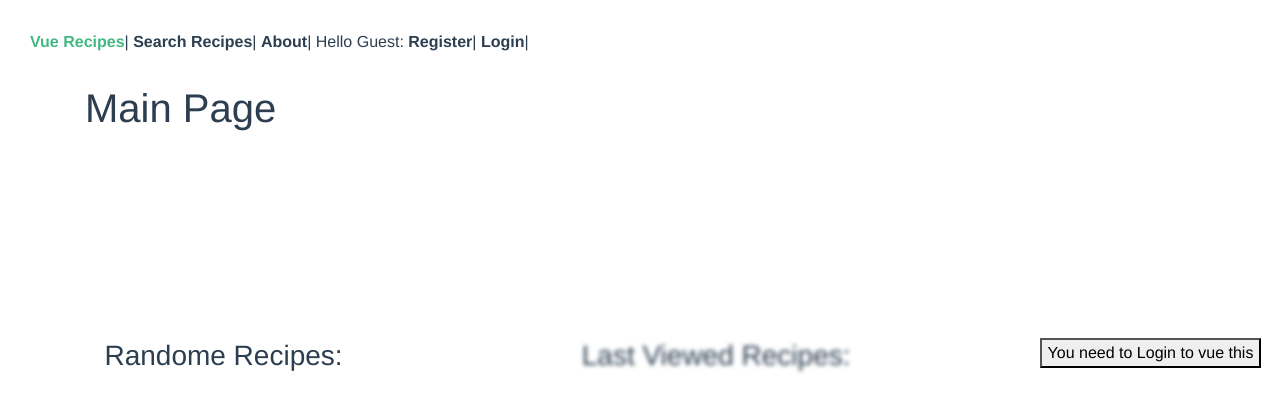
Repository: chenshor/cooking-site
Page: /
The author's editor kept a copy of each file at every save. The page is drawn from the files as they stood at one save, then again after the next save.
The browser window is 1280 px wide. The pictures show the whole page.
The page's requests for data from a server got no answer. The project was rebuilt for these pictures with package versions that can differ from the ones it lists, and the page was loaded fresh each time. No one was signed in, and anything a server would have sent is missing. Also part of the build but not shown: vue.config.js, src/components/RecipePreview.vue, src/pages/NotFoundPage.vue, src/assets/cuisine.js, src/assets/diet.js, src/assets/intolerance.js, src/pages/SearchPage.vue, src/pages/RecipePage.vue and 5 more.

Above is the page before, as saved 2020-06-16 23:10:19.

After the next save:
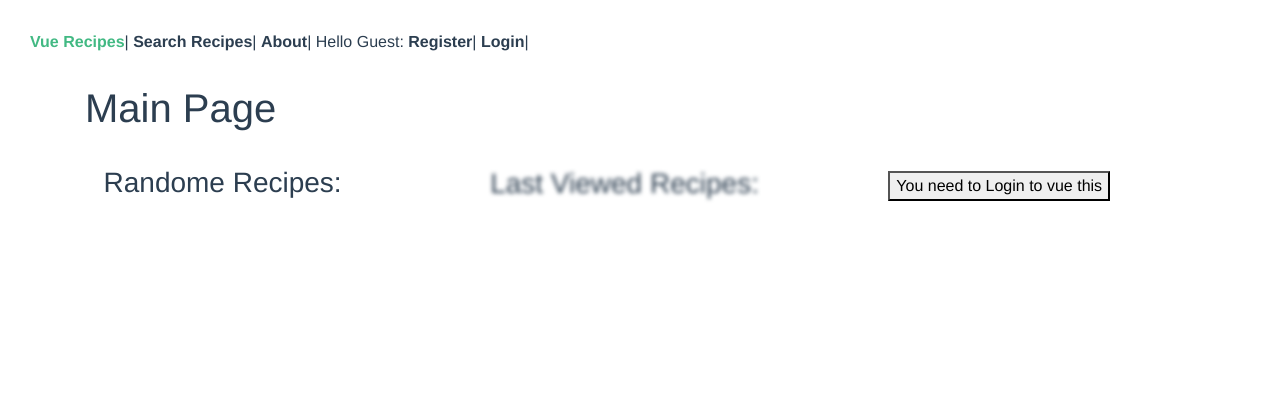
Saved 55 s later.
--- a/src/pages/MainPage.vue
+++ b/src/pages/MainPage.vue
@@ -57,8 +57,8 @@ export default {
 }
 .grid {
   display: grid;
-  grid-template-columns: 40% 40% 20%;
-  grid-template-rows: 40% 40% 20%;
+  grid-template-columns: auto;
+  grid-template-rows: auto;
   grid-gap: 3%;
   height: 100%;
   width: 100%;
@@ -79,4 +79,8 @@ export default {
   overflow: auto;
   margin-top: 5%;
 }
+.container {
+  width: 100%;
+  height: 100%;
+}
 </style>
